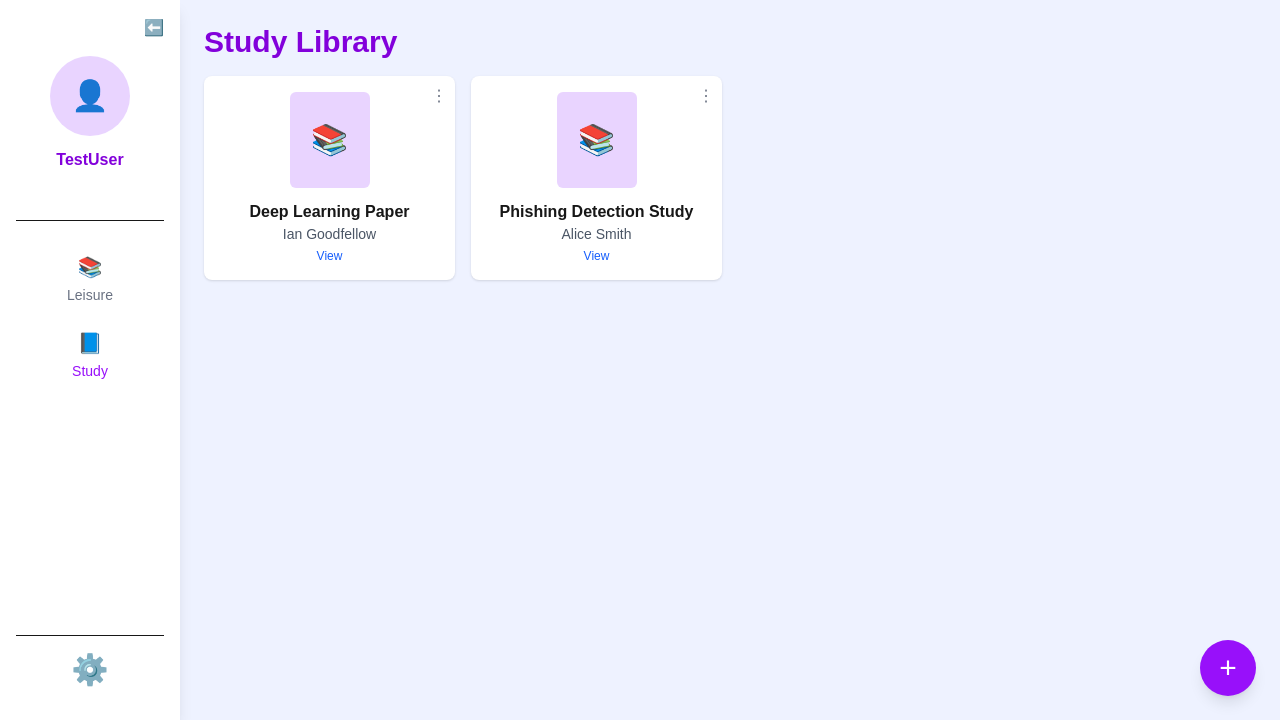
Repository: ramosfranz/bookie
Page: /dashboard
These files come from the project's save history. The page is drawn as it stood at one moment and after the next save; the edit follows.
The browser window is 1280 px wide. The pictures show the whole page.
The project was rebuilt for these pictures with package versions that can differ from the ones it lists, and the page was loaded fresh each time. The framework's server and built-in components were replaced by stand-ins that run in the browser. Also part of the build but not shown: next.config.ts.

Above is the page before, as saved 2025-11-20 12:46:35.

### src/app/layout.tsx
import type { Metadata } from "next";
import { Geist, Geist_Mono } from "next/font/google";
import "./globals.css";

const geistSans = Geist({
  variable: "--font-geist-sans",
  subsets: ["latin"],
});

const geistMono = Geist_Mono({
  variable: "--font-geist-mono",
  subsets: ["latin"],
});

export const metadata: Metadata = {
  title: "Bookie",
  description: "Generated by create next app",
};

export default function RootLayout({
  children,
}: Readonly<{
  children: React.ReactNode;
}>) {
  return (
    <html lang="en">
      <body
        className={`${geistSans.variable} ${geistMono.variable} antialiased`}
      >
        {children}
      </body>
    </html>
  );
}

### src/app/dashboard/page.tsx
// src/app/dashboard/page.tsx
"use client";

import { useState } from "react";

// Hardcoded dummy user
const dummyUser = {
  id: "00000000-0000-0000-0000-000000000001",
  email: "test@example.com",
  username: "TestUser",
  avatar_url: "",
  preferences: {},
};

// Dummy libraries
const initialResearchLibrary = [
  { id: "1", title: "Deep Learning Paper", authors: ["Ian Goodfellow"], url: "https://example.com/dl-paper.pdf" },
  { id: "2", title: "Phishing Detection Study", authors: ["Alice Smith"], url: "https://example.com/phishing-study.pdf" },
];

const initialLeisureLibrary = [
  { id: "1", title: "Harry Potter", authors: ["J.K. Rowling"], url: "https://example.com/harry-potter" },
  { id: "2", title: "The Hobbit", authors: ["J.R.R. Tolkien"], url: "https://example.com/the-hobbit" },
];

export default function Dashboard() {
  const user = dummyUser;
  const [activeTab, setActiveTab] = useState<"research" | "leisure">("research");
  const [researchLibrary, setResearchLibrary] = useState(initialResearchLibrary);
  const [leisureLibrary, setLeisureLibrary] = useState(initialLeisureLibrary);

  // Form state
  const [formTitle, setFormTitle] = useState("");
  const [formAuthors, setFormAuthors] = useState("");
  const [formUrl, setFormUrl] = useState("");
  const [editingId, setEditingId] = useState<string | null>(null);
  const [showModal, setShowModal] = useState(false);

  const currentLibrary = activeTab === "research" ? researchLibrary : leisureLibrary;
  const setCurrentLibrary =
    activeTab === "research" ? setResearchLibrary : setLeisureLibrary;

  // Add/Edit
  const handleSubmit = (e: React.FormEvent) => {
    e.preventDefault();
    if (!formTitle.trim()) return;

    const authorsArray = formAuthors.split(",").map((a) => a.trim());

    if (editingId) {
      // Edit
      setCurrentLibrary((prev) =>
        prev.map((item) =>
          item.id === editingId
            ? { ...item, title: formTitle, authors: authorsArray, url: formUrl }
            : item
        )
      );
    } else {
      // Add
      const newItem = {
        id: Math.random().toString(36).substr(2, 9),
        title: formTitle,
        authors: authorsArray,
        url: formUrl,
      };
      setCurrentLibrary((prev) => [...prev, newItem]);
    }

    setFormTitle("");
    setFormAuthors("");
    setFormUrl("");
    setEditingId(null);
    setShowModal(false);
  };

  // Delete
  const handleDelete = (id: string) => {
    setCurrentLibrary((prev) => prev.filter((item) => item.id !== id));
  };

  // Edit
  const handleEdit = (item: { id: string; title: string; authors: string[]; url: string }) => {
    setEditingId(item.id);
    setFormTitle(item.title);
    setFormAuthors(item.authors.join(", "));
    setFormUrl(item.url);
    setShowModal(true);
  };

  const [activeDropdown, setActiveDropdown] = useState<string | null>(null);
const [confirmDelete, setConfirmDelete] = useState<{ id: string; title: string } | null>(null);
const [isCollapsed, setIsCollapsed] = useState(false);


  return (
  <div className="min-h-screen bg-indigo-50 flex">

    {/* LEFT SIDEBAR */}
    <aside
  className={`${
    isCollapsed ? "w-[70px]" : "w-[180px]"
  } bg-white shadow-lg p-4 flex flex-col items-center transition-all duration-300`}
>
<button
  onClick={() => setIsCollapsed(!isCollapsed)}
  className="self-end text-gray-500 hover:text-gray-700 mb-4"
>
  {isCollapsed ? "➡️" : "⬅️"}
</button>

      {/* Profile Section */}
      <div className="mb-8 flex flex-col items-center">
        <div className="w-20 h-20 bg-purple-200 rounded-full flex items-center justify-center text-3xl">
          👤
        </div>
        <p className="mt-3 font-semibold text-purple-700">{user.username}</p>
      </div>

      {/* Section Separator */}
      <div className="w-full border-t my-4"></div>

      {/* Library Icons */}
      <nav className="flex flex-col items-center gap-6 mt-4">

        {/* Leisure */}
        <button
          onClick={() => setActiveTab("leisure")}
          className={`flex flex-col items-center text-xl ${
            activeTab === "leisure"
              ? "text-purple-600"
              : "text-gray-500 hover:text-gray-700"
          }`}
        >
          📚
          <span className="text-sm mt-1">Leisure</span>
        </button>

        {/* Research */}
        <button
          onClick={() => setActiveTab("research")}
          className={`flex flex-col items-center text-xl ${
            activeTab === "research"
              ? "text-purple-600"
              : "text-gray-500 hover:text-gray-700"
          }`}
        >
          📘
          <span className="text-sm mt-1">Study</span>
        </button>
      </nav>

      {/* Bottom Separator */}
      <div className="w-full border-t my-4 mt-auto"></div>

      {/* Settings */}
      <button className="text-gray-500 hover:text-gray-700 text-3xl mb-4">
        ⚙️
      </button>

    </aside>

    {/* MAIN CONTENT */}
    <main className="flex-1 p-6 relative">

      <h1 className="text-3xl font-bold text-purple-700 mb-4">
        {activeTab === "research" ? "Study Library" : "Leisure Library"}
      </h1>

      {/* Grid View */}
      <div className="grid grid-cols-2 sm:grid-cols-3 md:grid-cols-4 gap-4">
        {currentLibrary.map((item) => (
          <div
            key={item.id}
            className="relative p-4 bg-white rounded-lg shadow flex flex-col items-center hover:shadow-md transition"
          >
            {/* Top-right 3-dot menu */}
            <div className="absolute top-2 right-2">
              <div className="relative inline-block text-left">
                <button
                  className="text-gray-500 hover:text-gray-700"
                  onClick={() => setActiveDropdown(item.id)}
                >
                  ⋮
                </button>

                {activeDropdown === item.id && (
                  <div className="origin-top-right absolute right-0 mt-2 w-28 rounded-md shadow-lg bg-white ring-1 ring-black ring-opacity-5 z-50">
                    <div className="py-1">
                      <button
                        onClick={() => {
                          handleEdit(item);
                          setActiveDropdown(null);
                        }}
                        className="w-full text-left px-4 py-2 text-sm text-gray-700 hover:bg-gray-100"
                      >
                        Edit
                      </button>
                      <button
                        onClick={() => {
                          setConfirmDelete({ id: item.id, title: item.title });
                          setActiveDropdown(null);
                        }}
                        className="w-full text-left px-4 py-2 text-sm text-red-600 hover:bg-gray-100"
                      >
                        Delete
                      </button>
                    </div>
                  </div>
                )}
              </div>
            </div>

            {/* Book Icon */}
            {item.url ? (
              <a
                href={item.url}
                target="_blank"
                rel="noopener noreferrer"
                className="w-16 h-20 sm:w-20 sm:h-24 bg-purple-200 rounded-md mb-3 flex items-center justify-center text-3xl hover:bg-purple-300 transition"
              >
                📚
              </a>
            ) : (
              <div className="w-16 h-20 sm:w-20 sm:h-24 bg-purple-200 rounded-md mb-3 flex items-center justify-center text-3xl">
                📚
              </div>
            )}

            <strong className="text-center text-sm sm:text-base">{item.title}</strong>
            <p className="text-xs sm:text-sm text-gray-600 text-center">
              {item.authors.join(", ")}
            </p>

            {/* Optional View link */}
            {item.url && (
              <a
                href={item.url}
                target="_blank"
                rel="noopener noreferrer"
                className="text-blue-600 text-xs mt-1 hover:underline"
              >
                View
              </a>
            )}
          </div>
        ))}
      </div>

      {/* Floating + Button */}
      <button
        className="fixed bottom-6 right-6 w-14 h-14 bg-purple-600 text-white text-3xl rounded-full shadow-lg hover:bg-purple-700 transition flex items-center justify-center"
        onClick={() => setShowModal(true)}
      >
        +
      </button>

      {/* Modal */}
      {showModal && (
        <div className="fixed inset-0 bg-black/50 flex items-center justify-center z-50">
          <div className="bg-white rounded-lg p-6 w-full max-w-sm relative">
            <button
              className="absolute top-2 right-2 text-gray-500 hover:text-gray-700"
              onClick={() => setShowModal(false)}
            >
              ✕
            </button>
            <h2 className="text-xl font-bold mb-4">
              {editingId ? "Edit Entry" : "Add Entry"}
            </h2>
            <form onSubmit={handleSubmit} className="flex flex-col gap-3">
              <input
                type="text"
                placeholder="Title"
                value={formTitle}
                onChange={(e) => setFormTitle(e.target.value)}
                className="px-3 py-2 border rounded-lg"
                required
              />
              <input
                type="text"
                placeholder="Authors (comma separated)"
                value={formAuthors}
                onChange={(e) => setFormAuthors(e.target.value)}
                className="px-3 py-2 border rounded-lg"
              />
              <input
                type="url"
                placeholder="URL"
                value={formUrl}
                onChange={(e) => setFormUrl(e.target.value)}
                className="px-3 py-2 border rounded-lg"
              />
              <button
                type="submit"
                className="px-4 py-2 bg-purple-600 text-white rounded-lg hover:bg-purple-700 transition"
              >
                {editingId ? "Save" : "Add"}
              </button>
            </form>
          </div>
        </div>
      )}
    </main>
  </div>
  );
}

Loaded but not shown: src/app/globals.css (common file)

After the next save:
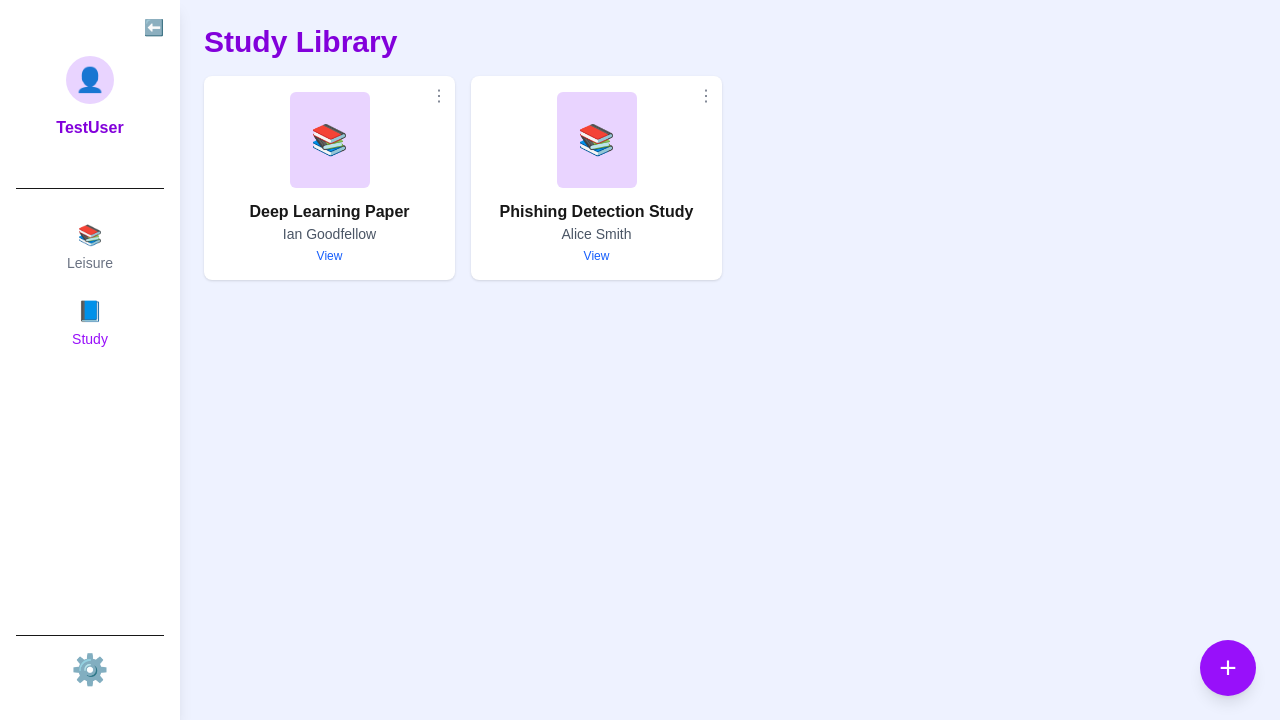
Saved 13 s later.
--- a/src/app/dashboard/page.tsx
+++ b/src/app/dashboard/page.tsx
@@ -110,12 +110,16 @@ const [isCollapsed, setIsCollapsed] = useState(false);
 </button>
 
       {/* Profile Section */}
-      <div className="mb-8 flex flex-col items-center">
-        <div className="w-20 h-20 bg-purple-200 rounded-full flex items-center justify-center text-3xl">
-          👤
-        </div>
-        <p className="mt-3 font-semibold text-purple-700">{user.username}</p>
-      </div>
+     <div className="mb-8 flex flex-col items-center">
+  <div className="w-12 h-12 bg-purple-200 rounded-full flex items-center justify-center text-2xl">
+    👤
+  </div>
+
+  {!isCollapsed && (
+    <p className="mt-3 font-semibold text-purple-700">{user.username}</p>
+  )}
+</div>
+
 
       {/* Section Separator */}
       <div className="w-full border-t my-4"></div>
